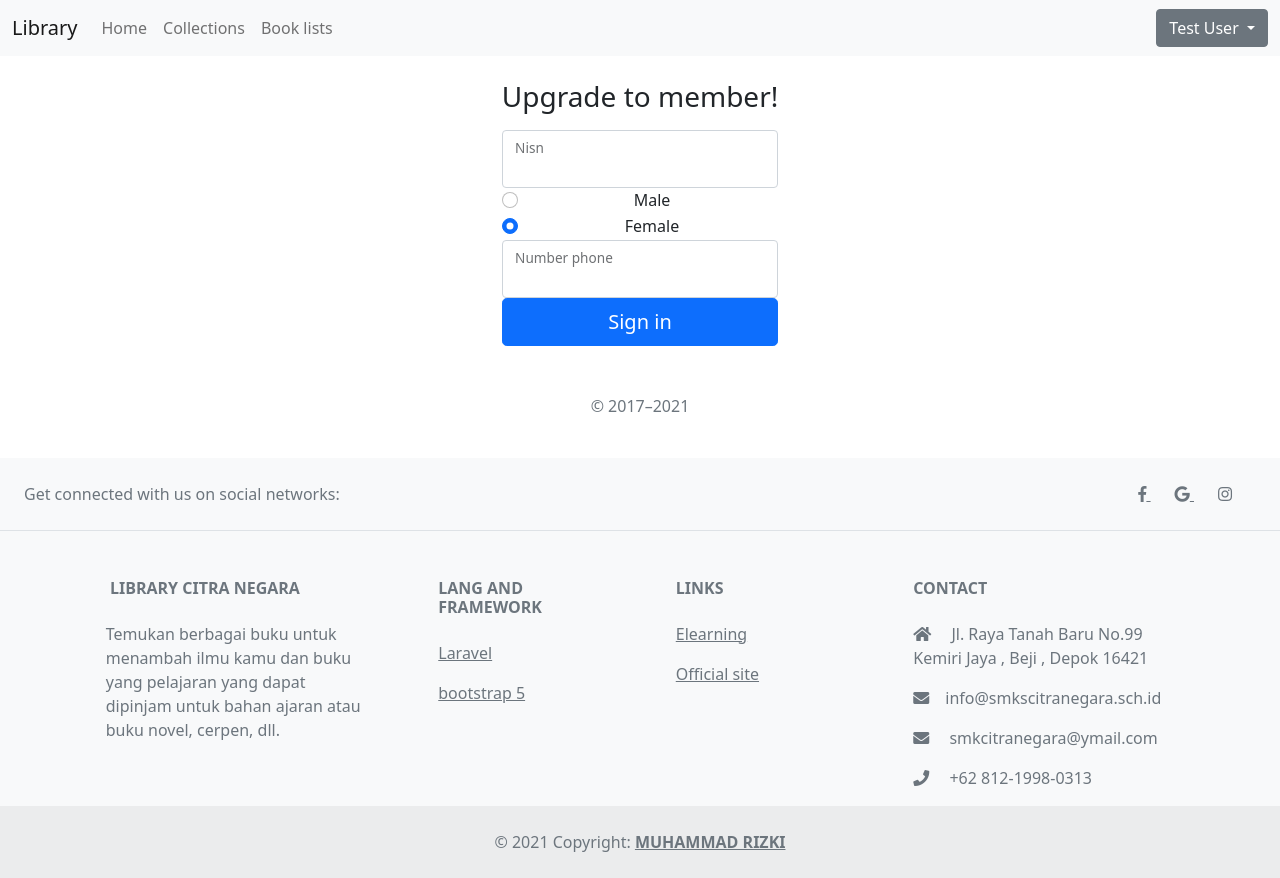
Repository: humanrizki/app-perpus-laravel-8
Page: resources/views/profile/show.blade.php
The author's editor kept a copy of each file at every save. The page is drawn from the files as they stood at one save, then again after the next save.
The browser window is 1280 px wide. The pictures show the whole page.
Some web libraries are served in a nearby version. The page is served by the project's Laravel application, run on PHP 8.4 with Laravel 8. A made-up administrator, Test User (test@example.com), is signed in. Other server files are loaded and not shown. The template is opened directly, without the code that normally fills it, so the values that code supplies are empty.

Above is the page before, as saved 2021-11-26 15:11:09.

### routes/web.php
<?php

use App\Http\Controllers\CollectionController;
use App\Http\Controllers\ListsController;
use App\Http\Controllers\ProfileController;
use Illuminate\Support\Facades\Route;

/*
|--------------------------------------------------------------------------
| Web Routes
|--------------------------------------------------------------------------
|
| Here is where you can register web routes for your application. These
| routes are loaded by the RouteServiceProvider within a group which
| contains the "web" middleware group. Now create something great!
|
*/

Route::get('/', function () {
    return view('welcome');
});

Auth::routes();

Route::get('/home', [App\Http\Controllers\HomeController::class, 'index'])->name('home');
Route::get('/collections',[CollectionController::class,'index'])->name('collections');
Route::get('/collections/{collection:slug}',[CollectionController::class,'show']);
Route::get('/lists',[ListsController::class,'index'])->name('lists');
Route::get('/lists/{list:slug}',[ListsController::class,'show']);
Route::post('/lists/{list:slug}',[ListsController::class,'store']);
Route::get('/profile',[ProfileController::class,'index'])->name('profile');
Route::get('/profile/{user:username}/edit',[ProfileController::class,'show']);
Route::put('/profile/{user:username}/edit',[ProfileController::class,'update']);

### app/Models/User.php
<?php

namespace App\Models;

use Illuminate\Contracts\Auth\MustVerifyEmail;
use Illuminate\Database\Eloquent\Factories\HasFactory;
use Illuminate\Foundation\Auth\User as Authenticatable;
use Illuminate\Notifications\Notifiable;
use Laravel\Sanctum\HasApiTokens;

class User extends Authenticatable
{
    use HasApiTokens, HasFactory, Notifiable;

    /**
     * The attributes that are mass assignable.
     *
     * @var string[]
     */
    // protected $fillable = [
    //     'name',
    //     'email',
    //     'password',
    // ];
    protected $guarded = ['id'];
    /**
     * The attributes that should be hidden for serialization.
     *
     * @var array
     */
    protected $hidden = [
        'password',
        'remember_token',
    ];

    /**
     * The attributes that should be cast.
     *
     * @var array
     */
    protected $casts = [
        'email_verified_at' => 'datetime',
    ];
}

### resources/views/profile/show.blade.php
@extends('layouts.capp')
@section('content')
<div class="container text-center d-flex justify-content-center my-4">
    <div class="row">
        <div class="col-lg-12">
            <main class="form-signin">
                <form action="/profile/{{ $user->username }}/edit" method="POST">
                    @method('put')
                    @csrf
                    <h1 class="h3 mb-3 fw-normal">
                        @if (auth()->user()->is_member == 0)
                        Upgrade to member!
                        @else
                        Edit data!
                        @endif
                    </h1>
                    @if (auth()->user()->is_member == 0)
                        <div class="form-floating">
                            <input type="text" class="form-control" id="floatingInput"  name="nisn">
                            <label for="floatingInput">Nisn</label>
                        </div>
                        <div class="form-check">
                            <input class="form-check-input" type="radio" name="gender" id="flexRadioDefault1" value="Male">
                            <label class="form-check-label"  for="flexRadioDefault1">
                                Male
                            </label>
                        </div>
                        <div class="form-check">
                            <input class="form-check-input" type="radio" name="gender" id="flexRadioDefault2" value="Female" checked>
                            <label class="form-check-label" for="flexRadioDefault2">
                                Female
                            </label>
                        </div>
                        <div class="form-floating">
                            <input type="text" class="form-control" id="floatingInput"  name="phone">
                            <label for="floatingInput">Number phone</label>
                        </div>
                    @else
                        Mantap
                    @endif

                    <button class="w-100 btn btn-lg btn-primary" type="submit">Sign in</button>
                    <p class="mt-5 mb-3 text-muted">© 2017–2021</p>
                </form>
            </main>

        </div>
    </div>
</div>

@endsection

### resources/views/layouts/capp.blade.php
<!doctype html>
<html lang="en">
  <head>
    <meta charset="utf-8" />
    <meta http-equiv="X-UA-Compatible" content="IE=edge,chrome=1" />
    <meta content='width=device-width, initial-scale=1.0, maximum-scale=1.0, user-scalable=0, shrink-to-fit=no' name='viewport' />
    <title>{{ $title }}</title>

    <!--     Fonts and icons     -->
    <link href="https://fonts.googleapis.com/css?family=Montserrat:400,700,200" rel="stylesheet" />
    <link href="https://use.fontawesome.com/releases/v5.0.6/css/all.css" rel="stylesheet">
    <style>
      *,body{
        margin: 0px;
        padding: 0px;
      }
    </style>
    @if (request()->is('home'))
        <link rel="stylesheet" href="css/home.css">
    @endif
    <link href="https://cdn.jsdelivr.net/npm/bootstrap@5.0.2/dist/css/bootstrap.min.css" rel="stylesheet" integrity="sha384-EVSTQN3/azprG1Anm3QDgpJLIm9Nao0Yz1ztcQTwFspd3yD65VohhpuuCOmLASjC" crossorigin="anonymous">
    {{-- <link rel="stylesheet" href="css/ul.css"> --}}
  </head>
  <body>
    @include('partials.header')
    @yield('content')
    @include('partials.footer')
    <!--   Core JS Files   -->
    <script src="https://cdn.jsdelivr.net/npm/bootstrap@5.0.2/dist/js/bootstrap.bundle.min.js" integrity="sha384-MrcW6ZMFYlzcLA8Nl+NtUVF0sA7MsXsP1UyJoMp4YLEuNSfAP+JcXn/tWtIaxVXM" crossorigin="anonymous"></script>
  </body>
</html>

### resources/views/partials/header.blade.php

<nav class="navbar navbar-expand-lg navbar-light bg-light">
    <div class="container-fluid">
      <a class="navbar-brand" href="/home">Library</a>
      <button class="navbar-toggler" type="button" data-bs-toggle="collapse" data-bs-target="#navbarSupportedContent" aria-controls="navbarSupportedContent" aria-expanded="false" aria-label="Toggle navigation">
        <span class="navbar-toggler-icon"></span>
      </button>
      <div class="collapse navbar-collapse" id="navbarSupportedContent">
        <ul class="navbar-nav me-auto mb-2 mb-lg-0">
          <li class="nav-item">
            <a class="nav-link {{ (request()->is('home')) ? 'active fw-bold':'';}}" aria-current="page" href="/home">Home</a>
          </li>
          <li class="nav-item ">
            <a class="nav-link {{ (request()->is('collections*')) ? 'active fw-bold':'';}}" href="/collections">Collections</a>
          </li>
          <li class="nav-item">
            <a class="nav-link {{ (request()->is('lists')) ? 'active':'';}}" href="/lists">Book lists</a>
          </li>
        </ul>
        @auth
        <div class="dropdown">
          <button class="btn btn-secondary dropdown-toggle" type="button" id="dropdownMenuButton1" data-bs-toggle="dropdown" aria-expanded="false">
            {{ auth()->user()->name }}
          </button>
          <ul class="dropdown-menu" aria-labelledby="dropdownMenuButton1">
            <li><a class="dropdown-item" href="/profile">Profile</a></li>
            <form action="/logout" method="POST">
              @csrf
              <li class="dropdown-item"><button class="btn btn-danger w-100" type="submit">Logout</button></li>
            </form>
          </ul>
        </div>
        @else
        <div class="container-login">
            <a href="/login" class="btn btn-success">Login</a>
        </div>
        @endauth
      </div>
    </div>
  </nav>

### resources/views/partials/footer.blade.php
<footer class="text-center text-lg-start bg-light text-muted">
    <!-- Section: Social media -->
    <section
      class="d-flex justify-content-center justify-content-lg-between p-4 border-bottom"
    >
      <!-- Left -->
      <div class="me-5 d-none d-lg-block">
        <span>Get connected with us on social networks:</span>
      </div>
      <!-- Left -->

      <!-- Right -->
      <div>
        <a href="https://facebook.com/smkcitranegaraofficial" class="me-4 text-reset">
          <i class="fab fa-facebook-f"></i>
        </a>

        <a href="https://sekolah.data.kemdikbud.go.id/index.php/chome/profil/a3b930a7-c409-426b-a5ab-7aaed2a25c9f" class="me-4 text-reset">
          <i class="fab fa-google"></i>
        </a>
        <a href="https://instagram.com/smkcitranegaradepok/" class="me-4 text-reset">
          <i class="fab fa-instagram"></i>
        </a>

      </div>
      <!-- Right -->
    </section>
    <!-- Section: Social media -->

    <!-- Section: Links  -->
    <section class="">
      <div class="container text-center text-md-start mt-5">
        <!-- Grid row -->
        <div class="row mt-3">
          <!-- Grid column -->
          <div class="col-md-3 col-lg-4 col-xl-3 mx-auto mb-4">
            <!-- Content -->
            <h6 class="text-uppercase fw-bold mb-4">
              <img src="img/logo.png" alt="" width="50"> Library Citra Negara
            </h6>
            <p>
              Temukan berbagai buku untuk menambah ilmu kamu dan buku yang pelajaran
              yang dapat dipinjam untuk bahan ajaran atau buku novel, cerpen, dll.
            </p>
          </div>
          <!-- Grid column -->

          <!-- Grid column -->
          <div class="col-md-2 col-lg-2 col-xl-2 mx-auto mb-4">
            <!-- Links -->
            <h6 class="text-uppercase fw-bold mb-4">
              Lang and Framework
            </h6>
            <p>
              <a href="https://laravel.com" class="text-reset">Laravel</a>
            </p>
            <p>
              <a href="https://getbootstrap.com" class="text-reset">bootstrap 5</a>
            </p>

          </div>
          <!-- Grid column -->

          <!-- Grid column -->
          <div class="col-md-3 col-lg-2 col-xl-2 mx-auto mb-4">
            <!-- Links -->
            <h6 class="text-uppercase fw-bold mb-4">
             links
            </h6>
            <p>
              <a href="http://smkcitranegara.sch.id" class="text-reset">Elearning</a>
            </p>
            <p>
              <a href="https://smkscitranegara.sch.id" class="text-reset">Official site</a>
            </p>
          </div>
          <!-- Grid column -->

          <!-- Grid column -->
          <div class="col-md-4 col-lg-3 col-xl-3 mx-auto mb-md-0 mb-4">
            <!-- Links -->
            <h6 class="text-uppercase fw-bold mb-4">
              Contact
            </h6>
            <p><i class="fas fa-home me-3"></i> Jl. Raya Tanah Baru No.99 Kemiri Jaya , Beji , Depok 16421</p>

                        <p><i class="fas fa-envelope me-3"></i>info@smkscitranegara.sch.id</p>
                    <p><i class="fas fa-envelope me-3"></i>
                    smkcitranegara@ymail.com</p>
            <p><i class="fas fa-phone me-3"></i> +62 812-1998-0313</p>
          </div>
          <!-- Grid column -->
        </div>
        <!-- Grid row -->
      </div>
    </section>
    <!-- Section: Links  -->

    <!-- Copyright -->
    <div class="text-center p-4" style="background-color: rgba(0, 0, 0, 0.05);">
      © 2021 Copyright:
      <a class="text-reset fw-bold" href="https://instagram.com/m.rizki_array">MUHAMMAD RIZKI</a>
    </div>
    <!-- Copyright -->
  </footer>
  <!-- Footer -->

### resources/views/errors/404.blade.php
<!DOCTYPE html>
<html lang="en">
<head>
    <meta charset="UTF-8">
    <meta name="viewport" content="width=device-width, initial-scale=1.0">
    <meta http-equiv="X-UA-Compatible" content="ie=edge">
    <link rel="stylesheet" href="/css/sb-admin-2.min.css">
    <title>404 - Page not found</title>
</head>
<body>
    <div class="container-fluid d-flex align-items-center justify-content-center" style="height: 100vh;">
        <!-- 404 Error Text -->
        <div class="text-center">
            <div class="error mx-auto" data-text="404">404</div>
            <p class="lead text-gray-800 mb-5">Page Not Found</p>
            <p class="text-gray-500 mb-0">It looks like you found an error in the search...</p>
            <a href="/">&larr; Back to Home</a>
        </div>

    </div>
</body>
</html>

Loaded but not shown: app/Providers/AppServiceProvider.php (common file); app/Http/Controllers/Auth/ConfirmPasswordController.php (common file); app/Http/Controllers/Controller.php (common file)

After the next save:
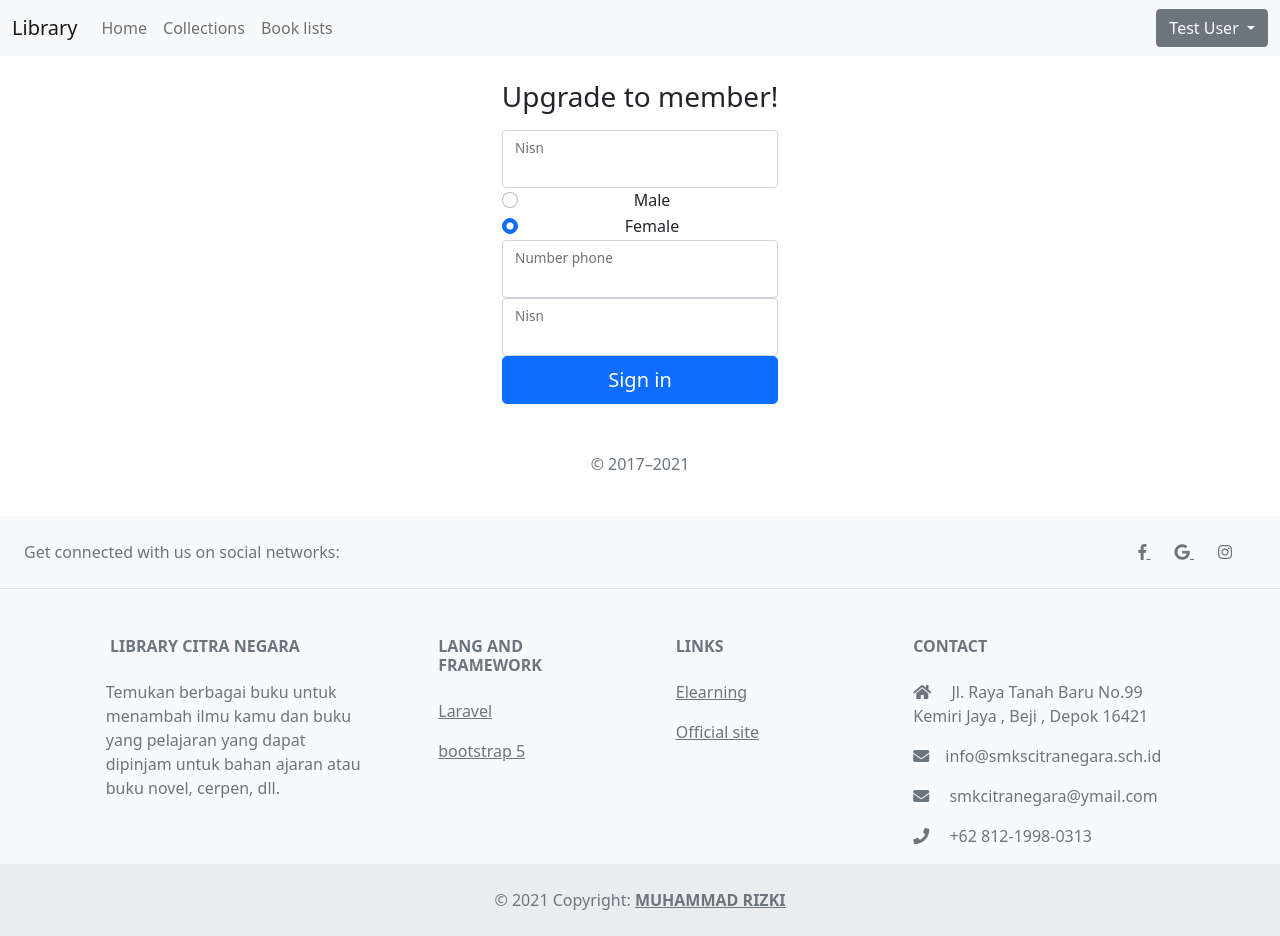
Saved 10 s later.
--- a/resources/views/profile/show.blade.php
+++ b/resources/views/profile/show.blade.php
@@ -35,6 +35,10 @@
                             <input type="text" class="form-control" id="floatingInput"  name="phone">
                             <label for="floatingInput">Number phone</label>
                         </div>
+                        <div class="form-floating">
+                            <input type="text" class="form-control" id="floatingInput"  name="department">
+                            <label for="floatingInput">Nisn</label>
+                        </div>
                     @else
                         Mantap
                     @endif
